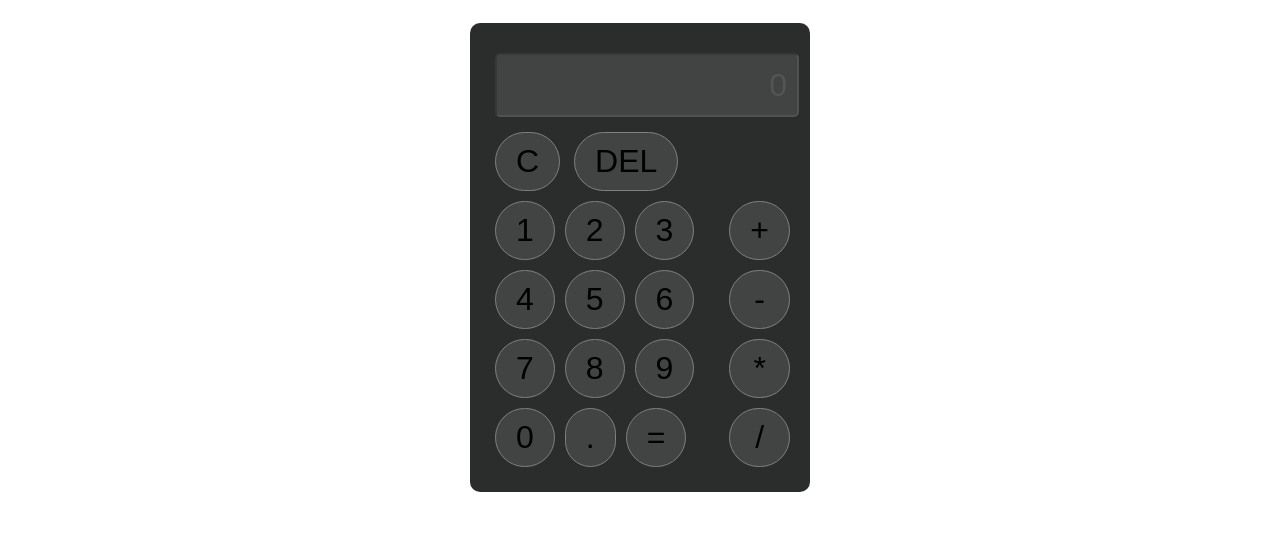
Repository: jaskeat/Calculator
Page: index.html
The author's editor kept a copy of each file at every save. The page is drawn from the files as they stood at one save, then again after a run of saves.
The browser window is 1280 px wide. The pictures show the whole page.

Above is the page before, as saved 2024-09-05 13:32:32.

After the next 2 saves:
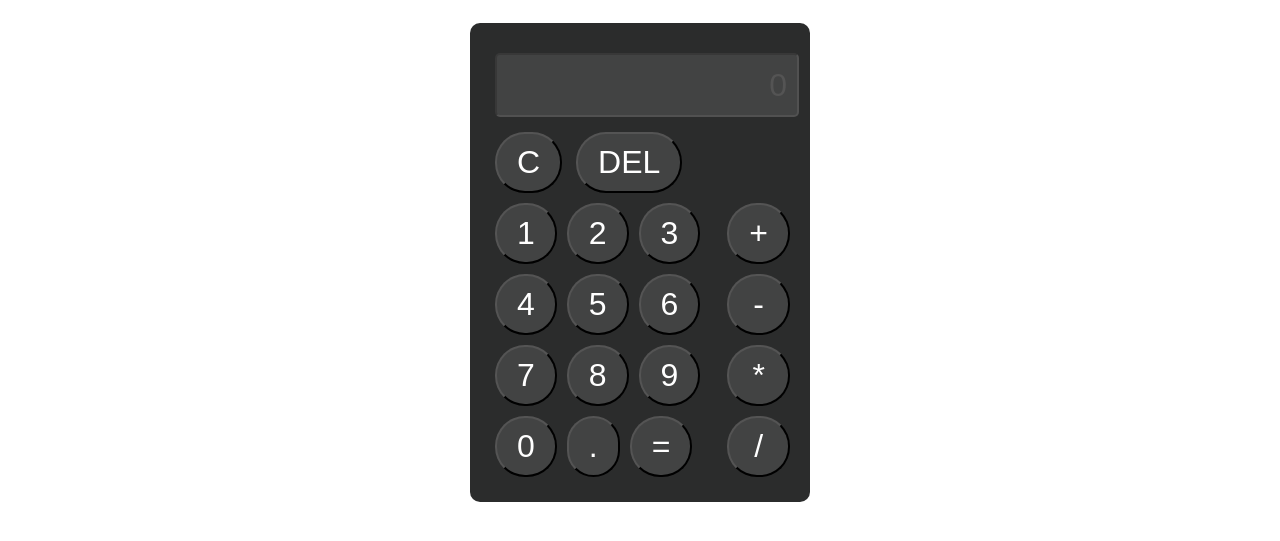
The 2 saves are shown as one change because they came seconds apart.
The last was saved 8 s later.
--- a/style.css
+++ b/style.css
@@ -18,14 +18,13 @@ body {
 	padding: 20px;
 	background-color: var(--primary-color);
 	border-radius: 10px;
-	color: white;
 }
 
 button {
 	border-radius: 30px;
-	border: 1px grey solid;
 	font-size: 1.3rem;
 	background-color: var(--button-color);
+	color: white;
 }
 
 button:hover {
